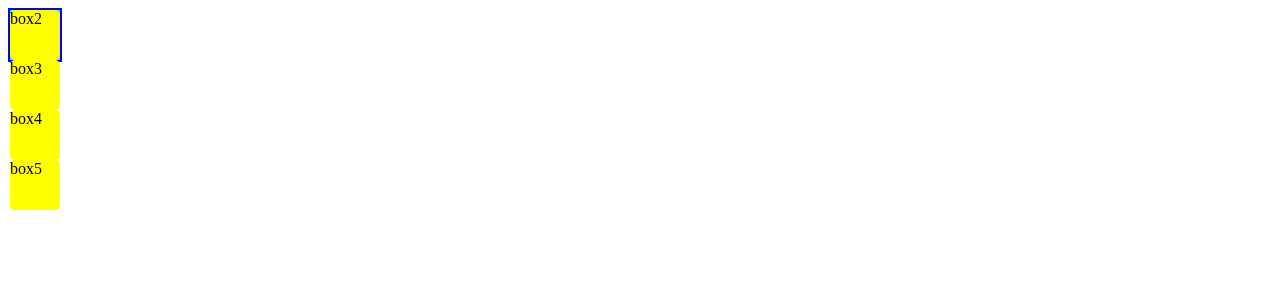
Repository: ABDUSALIMSUBAHIELBASHI/full-html-css-js
Page: Desktop/coding/css/indexday2.html
An editor plug-in stored every save of this project. The page is shown before and after the next save, followed by the edit.
The browser window is 1280 px wide. The pictures show the whole page.

Above is the page before, as saved 2025-09-16 10:49:03.

### Desktop/coding/css/indexday2.html
<!DOCTYPE html>
<html lang="en">

<head>
    <meta charset="UTF-8">
    <link rel="stylesheet" href="indexday2.css">

    <title>Document</title>
</head>
<body>
<div id="box" class="container">
    <div id="box" class="box2">box2</div>
    <div id="box" class="box3">box3</div>
    <div id="box" class="box4">box4</div>
    <div id="box" class="box5">box5</div>
</div>
</body>

</html>

### Desktop/coding/css/indexday2.css
.container{
    display: flex;
    flex-wrap: wrap;
    background-color: aqua;
    border: 2px solid blue;
    justify-content: space-evenly;
    justify-items: center;
    height: 50vh;
}
#box{
    width: 50px;
    height: 50px;
}
.box2{
    background-color: yellow;
    width: 50px;
    height: 20px;
    border-radius: 5px;
}
.box3{
 background-color: yellow;
    width: 50px;
    height: 20px;
    border-radius: 5px;
}

.box4{
 background-color: yellow;
    width: 50px;
    height: 20px;
    border-radius: 5px;
}

.box5{
 background-color: yellow;
    width: 50px;
    height: 20px;
    border-radius: 5px;
}

After the next save:
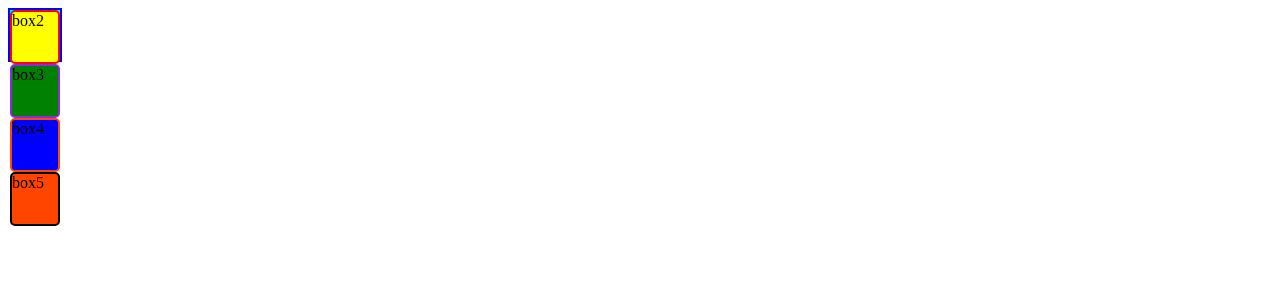
Saved 2 min 24 s later.
--- a/Desktop/coding/css/indexday2.css
+++ b/Desktop/coding/css/indexday2.css
@@ -5,7 +5,7 @@
     border: 2px solid blue;
     justify-content: space-evenly;
     justify-items: center;
-    height: 50vh;
+    height: 80vh;
 }
 #box{
     width: 50px;
@@ -16,24 +16,28 @@
     width: 50px;
     height: 20px;
     border-radius: 5px;
+    border: 2px solid red;
 }
 .box3{
- background-color: yellow;
+ background-color:green;
     width: 50px;
     height: 20px;
     border-radius: 5px;
+    border: 2px solid blueviolet;
 }
 
 .box4{
- background-color: yellow;
+ background-color: blue;
     width: 50px;
     height: 20px;
     border-radius: 5px;
+    border: 2px solid orangered;
 }
 
 .box5{
- background-color: yellow;
+ background-color: orangered;
     width: 50px;
     height: 20px;
     border-radius: 5px;
+    border: 2px solid black;
 }
